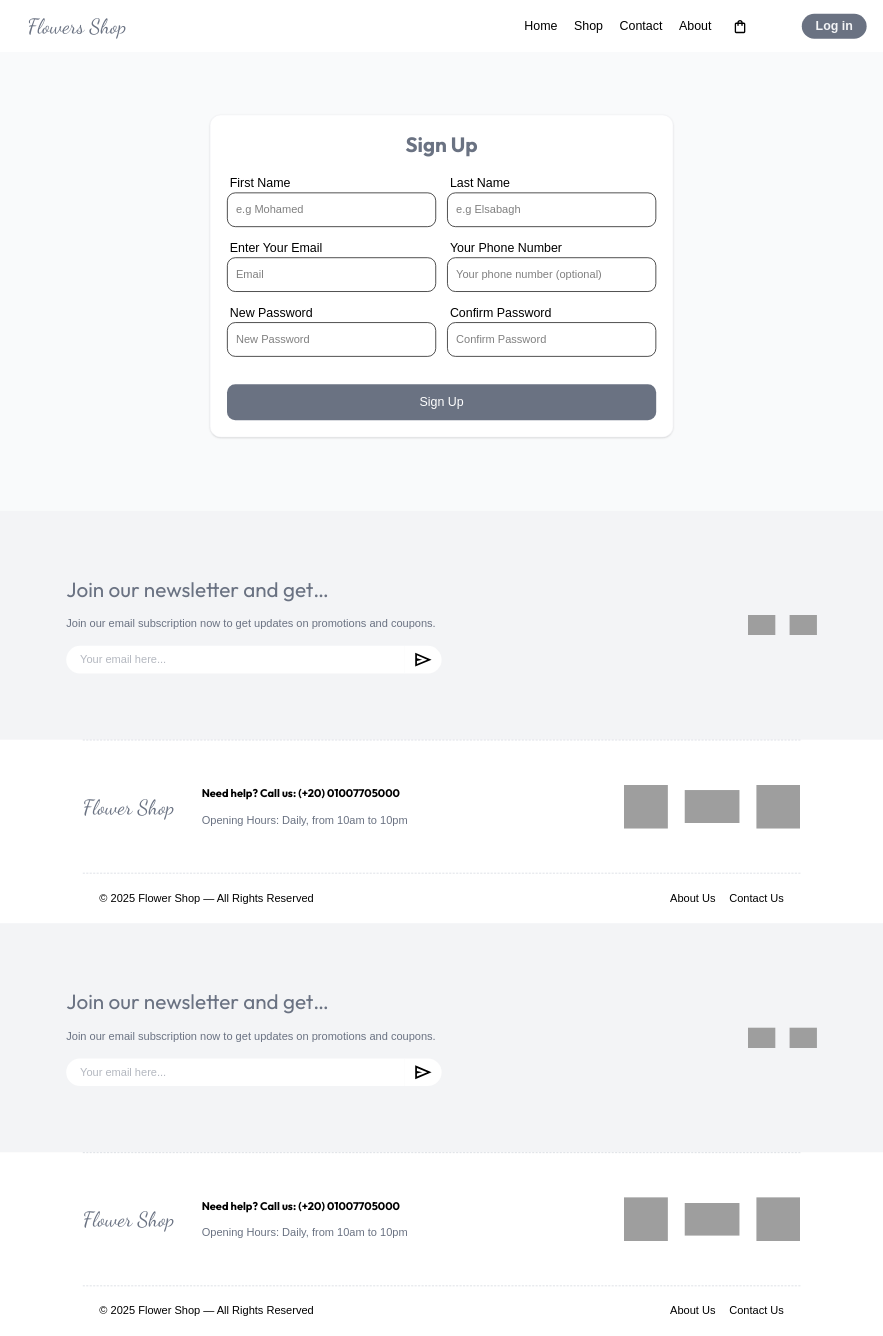
Repository: NotDebugger/flowers-shop
Page: /sign-up
These files come from the project's save history. The page is drawn as it stood at one moment and after the next save; the edit follows.
The browser window is 1280 px wide. The pictures show the whole page, at 69% of full size.
Pictures or frames that could not be fetched are drawn as grey boxes. The page's requests for data from a server got no answer. Some web fonts or font styles are not loaded; a fallback is used. The project was rebuilt for these pictures with package versions that can differ from the ones it lists, and the page was loaded fresh each time. No one was signed in, and anything a server would have sent is missing. Also part of the build but not shown: vite.config.js, src/contexts/cartContext.js, src/hooks/useCart.js, src/components/ProductCard.jsx, src/pages/Shop.jsx, src/pages/ProductPage.jsx, src/pages/Cart.jsx, src/components/FeaturedProducts.jsx and 5 more.

Above is the page before, as saved 2026-04-06 15:07:31.

After the next save:
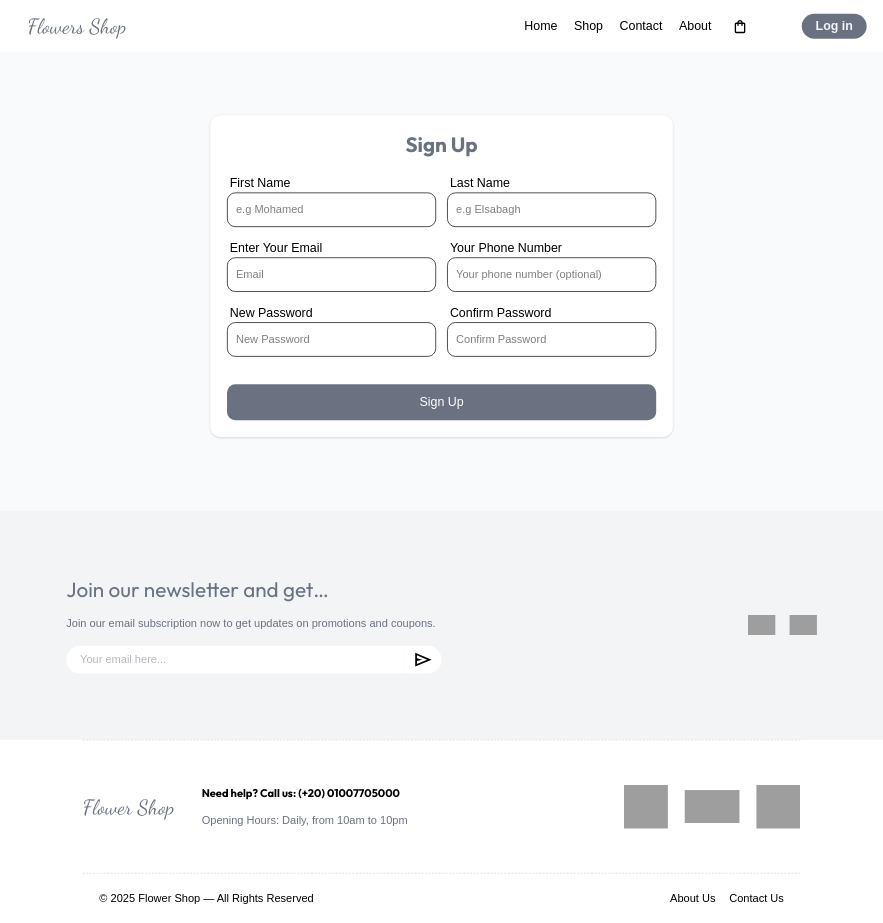
Saved 14 s later.
--- a/src/pages/Signup.jsx
+++ b/src/pages/Signup.jsx
@@ -1,5 +1,4 @@
 import { useState } from "react";
-import Footer from "../components/Footer";
 
 export default function Signup() {
   const [formData, setFormData] = useState({
@@ -26,9 +25,7 @@ export default function Signup() {
   return (
     <>
       <div className="min-h-screen mt-6 lg:mt-5 p-10 flex justify-center items-center bg-gray-50 px-4">
-        <div
-          className="p-6 w-full max-w-2xl mt-10 bg-white border border-gray-100 shadow rounded-2xl"
-        >
+        <div className="p-6 w-full max-w-2xl mt-10 bg-white border border-gray-100 shadow rounded-2xl">
           <h1 className="text-2xl md:text-3xl font-bold mb-6 text-center text-gray-500 outfit">
             Sign Up
           </h1>
@@ -38,7 +35,9 @@ export default function Signup() {
             onSubmit={handleSubmit}
           >
             <div>
-              <label className="ml-1 text-base md:text-lg block">First Name</label>
+              <label className="ml-1 text-base md:text-lg block">
+                First Name
+              </label>
               <input
                 type="text"
                 name="firstName"
@@ -51,7 +50,9 @@ export default function Signup() {
             </div>
 
             <div>
-              <label className="ml-1 text-base md:text-lg block">Last Name</label>
+              <label className="ml-1 text-base md:text-lg block">
+                Last Name
+              </label>
               <input
                 type="text"
                 name="lastName"
@@ -64,7 +65,9 @@ export default function Signup() {
             </div>
 
             <div>
-              <label className="ml-1 text-base md:text-lg block">Enter Your Email</label>
+              <label className="ml-1 text-base md:text-lg block">
+                Enter Your Email
+              </label>
               <input
                 type="email"
                 name="email"
@@ -77,7 +80,9 @@ export default function Signup() {
             </div>
 
             <div>
-              <label className="ml-1 text-base md:text-lg block">Your Phone Number</label>
+              <label className="ml-1 text-base md:text-lg block">
+                Your Phone Number
+              </label>
               <input
                 type="text"
                 name="phone"
@@ -89,7 +94,9 @@ export default function Signup() {
             </div>
 
             <div>
-              <label className="ml-1 text-base md:text-lg block">New Password</label>
+              <label className="ml-1 text-base md:text-lg block">
+                New Password
+              </label>
               <input
                 type="password"
                 name="password"
@@ -102,7 +109,9 @@ export default function Signup() {
             </div>
 
             <div>
-              <label className="ml-1 text-base md:text-lg block">Confirm Password</label>
+              <label className="ml-1 text-base md:text-lg block">
+                Confirm Password
+              </label>
               <input
                 type="password"
                 name="confirmPassword"
@@ -114,16 +123,12 @@ export default function Signup() {
               />
             </div>
 
-            <button
-              className="text-lg bg-gray-500 hover:bg-gray-600 text-white p-3 rounded-xl col-span-full mt-6"
-            >
+            <button className="text-lg bg-gray-500 hover:bg-gray-600 text-white p-3 rounded-xl col-span-full mt-6">
               Sign Up
             </button>
           </form>
         </div>
       </div>
-
-      <Footer />
     </>
   );
 }
